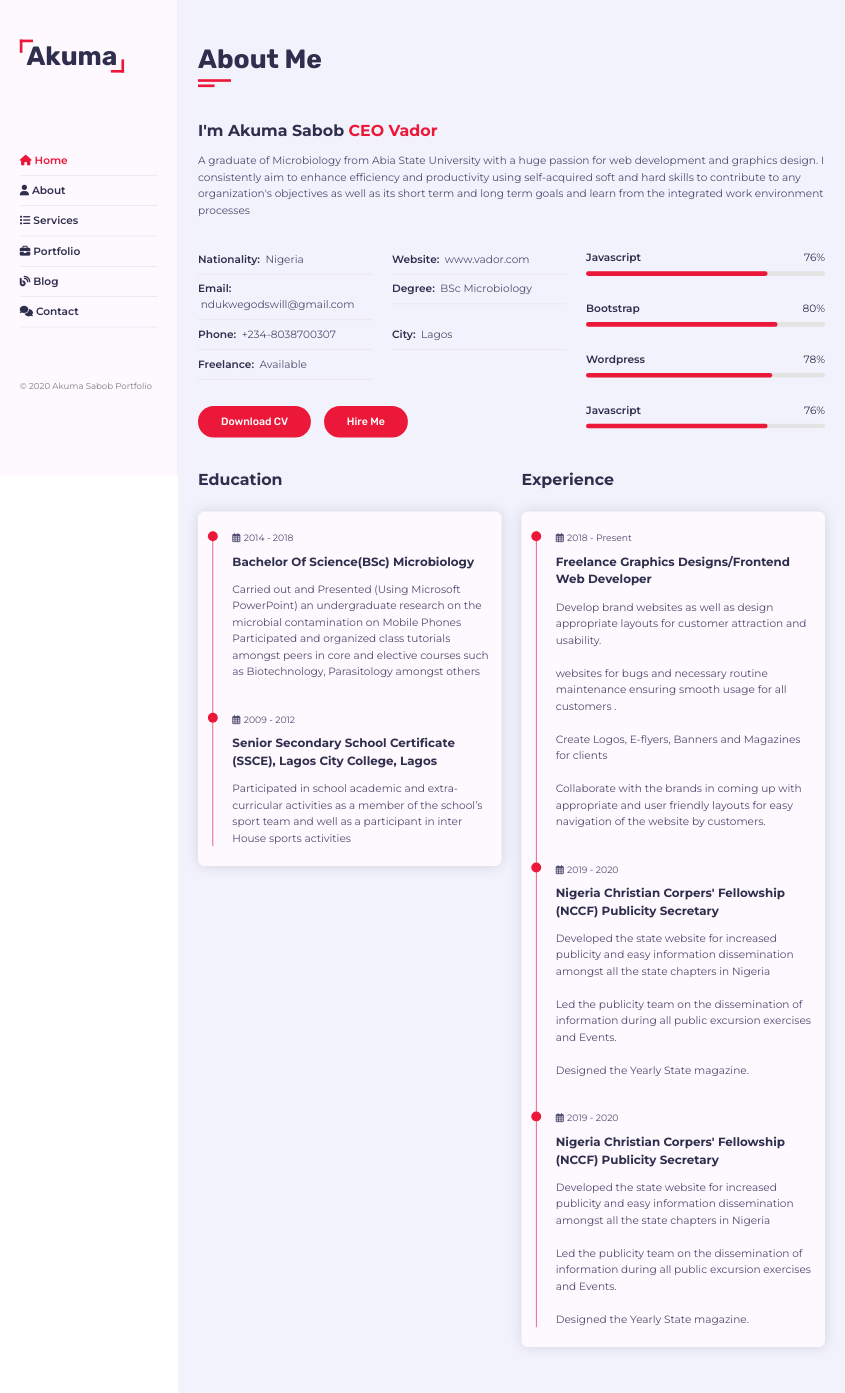
Repository: Akuma001/MY-Portfolio
Page: index.html
The author's editor kept a copy of each file at every save. The page is drawn from the files as they stood at one save, then again after the next save.
The browser window is 1280 px wide. The pictures show the whole page, at 66% of full size.
Some web libraries are served in a nearby version.

Above is the page before, as saved 2020-12-14 00:51:21.

### index.html
<!DOCTYPE html>
<html lang="en">
<head>
  <title>Akuma Sabob</title>
  <meta charset="utf-8">
  <meta name="viewport" content="width=device-width, initial-scale=1">
   <!-- Template css Files -->
	<link rel="stylesheet" href="./css/style.css" type="text/css">
  <link rel="stylesheet" href="./css/skins/pink.css" type="text/css">
  <!-------Favcon icon-------->
  <link href="./images/favicon.ico" rel="icon" type="image/x-icon" />
  <!------------Font-Awesome---------------->
  <script src="https://kit.fontawesome.com/bd6f97032f.js" crossorigin="anonymous"></script>
</head>
<body>
<!-----------Main------------->
<div class="main-container">
<!-----------Side------------->
  <div class="aside">
    <div class="logo">
      <a href="#">Akuma</a>
    </div>

     <!----------Nav toggler---------->
     <div class="nav-toggler">
       <span></span>
     </div>
     <!----------Nav toggler---------->

    <!----------Nav Bar---------->
    <ul class="nav">
      <li><a href="#" class="active"><i class="fa fa-home"></i> Home</a></li>
      <li><a href="#"><i class="fa fa-user"></i> About</a></li>
      <li><a href="#"><i class="fa fa-list"></i> Services</a></li>
      <li><a href="#"><i class="fa fa-briefcase"></i> Portfolio</a></li>
      <li><a href="#"><i class="fas fa-blog"></i> Blog</a></li>
      <li><a href="#"><i class="fa fa-comments"></i> Contact</a></li>
    </ul>
    <div class="copyright-text">
      &copy; 2020 Akuma Sabob Portfolio
    </div>

  </div>
<!-----------Side End------------->

<!-----------Main content------------->
  <div class="main-content">

    <section class="home section hidden">
      <div class="container">
        <div class="intro">
          <img src="./images/profile.jpg" alt="Profile" class="shadow-dark">
          <h1>Akuma Sabob</h1>
          <p>I'm a web-developer <br> I'm graphics designer</p>
          <div class="social-link">
            <a href="#"><i class="fa fa-twitter"></i></a>
            <a href="#"><i class="fa fa-instagram"></i></a>
            <a href="#"><i class="fa fa-linkedin"></i></a>
            <a href="#"><i class="fas fa-code-branch"></i></a>
          </div>
        </div>
      </div>
    </section>

    <!-----------About------------->

      <section class="about section">
        <div class="container">
          <div class="row">
            <div class="section-title padd-15">
              <h2>About Me</h2>
            </div>
          </div>
          <div class="row">
            <div class="about-content padd-15">
              <div class="row">
                <div class="about-text padd-15">
                  <h3>I'm Akuma Sabob <span> CEO Vador </span></h3>
                  <p>A graduate of Microbiology from Abia State University with a huge
                    passion for web development and graphics design. I consistently aim
                    to enhance efficiency and productivity using self-acquired soft and
                    hard skills to contribute to any organization's objectives as well as its
                    short term and long term goals and learn from the integrated work
                    environment processes</p>
                </div>
              </div>
              <div class="row">
                <div class="personal-info padd-15">
                  <div class="row">
                    <div class="info-item padd-15">
                      <p>Nationality: <span>Nigeria</span></p>
                    </div>
                    <div class="info-item padd-15">
                      <p>Website: <span>www.vador.com</span></p>
                    </div>
                    <div class="info-item padd-15">
                      <p>Email: <span>ndukwegodswill@gmail.com</span></p>
                    </div>
                    <div class="info-item padd-15">
                      <p>Degree: <span>BSc Microbiology</span></p>
                    </div>
                    <div class="info-item padd-15">
                      <p>Phone: <span>+234-8038700307</span></p>
                    </div>
                    <div class="info-item padd-15">
                      <p>City: <span>Lagos</span></p>
                    </div>
                    <div class="info-item padd-15">
                      <p>Freelance: <span>Available</span></p>
                    </div>
                  </div>
                  <div class="row">
                    <div class="buttons padd-15">
                      <a href="#" class="btn">Download CV</a>
                      <a href="#" class="btn">Hire Me</a>
                    </div>
                  </div>
                </div>
                <div class="skills padd-15">
                  <div class="row">
                    <div class="skill-item padd-15">
                      <h5>Javascript</h5>
                      <div class="progress">
                        <div class="progress-in" style="width: 76%;"></div>
                        <div class="skill-percent">76%</div>
                      </div>
                    </div>
                    <div class="skill-item padd-15">
                      <h5>Bootstrap</h5>
                      <div class="progress">
                        <div class="progress-in" style="width: 80%;"></div>
                        <div class="skill-percent">80%</div>
                      </div>
                    </div>
                    <div class="skill-item padd-15">
                      <h5>Wordpress</h5>
                      <div class="progress">
                        <div class="progress-in" style="width: 78%;"></div>
                        <div class="skill-percent">78%</div>
                      </div>
                    </div>
                    <div class="skill-item padd-15">
                      <h5>Javascript</h5>
                      <div class="progress">
                        <div class="progress-in" style="width: 76%;"></div>
                        <div class="skill-percent">76%</div>
                      </div>
                    </div>
                  </div>
                </div>
              </div>

              <div class="row">
                <div class="education padd-15">
                  <h3 class="title">Education</h3>
                  <div class="row">
                    <div class="timeline-box padd-15">
                    <div class="timeline shadow-dark">
                      <!-----------Timeline item------------->
                      <div class="timeline-item">
                        <div class="circle-dot"></div>
                          <h6 class="timeline-date">
                            <i class="far fa-calendar-alt"></i>2014 - 2018
                          </h6>
                          <h4 class="timeline-title">Bachelor of Science(BSc) Microbiology</h4>
                          <p class="timeline-text">
                            Carried out and Presented (Using Microsoft PowerPoint) an undergraduate research on
                            the microbial contamination on Mobile Phones <br>Participated and organized class tutorials
                            amongst peers in core and elective courses such as Biotechnology, Parasitology amongst others
                          </p>
                        </div>
                         <!-----------Timeline item End------------->
                         <!-----------Timeline item------------->
                      <div class="timeline-item">
                        <div class="circle-dot"></div>
                          <h6 class="timeline-date">
                            <i class="far fa-calendar-alt"></i>2009 - 2012
                          </h6>
                          <h4 class="timeline-title">Senior Secondary School Certificate (SSCE), Lagos City College, Lagos</h4>
                          <p class="timeline-text">
                            Participated in school academic and extra-curricular activities as a member of the school’s
                            sport team and well as a participant in inter House sports activities
                          </p>
                        </div>
                         <!-----------Timeline item End------------->
                      </div>
                    </div>
                  </div>
                </div>
                <div class="experience padd-15">
                    <h3 class="title">Experience</h3>
                    <div class="row">
                      <div class="timeline-box padd-15">
                      <div class="timeline shadow-dark">
                        <!-----------Timeline item------------->
                        <div class="timeline-item">
                          <div class="circle-dot"></div>
                            <h6 class="timeline-date">
                              <i class="far fa-calendar-alt"></i>2018 - Present
                            </h6>
                            <h4 class="timeline-title">Freelance graphics Designs/Frontend Web Developer</h4>
                            <p class="timeline-text">
                              Develop brand websites as well as design appropriate layouts for customer
                              attraction and usability. <br>
                              <br> websites for bugs and necessary routine maintenance ensuring
                              smooth usage for all customers . <br><br>
                              Create Logos, E-flyers, Banners and Magazines for clients<br><br>
                              Collaborate with the brands in coming up with appropriate and user friendly
                              layouts for easy navigation of the website by customers.
                            </p>
                          </div>
                           <!-----------Timeline item End------------->
                           <!-----------Timeline item------------->
                        <div class="timeline-item">
                          <div class="circle-dot"></div>
                            <h6 class="timeline-date">
                              <i class="far fa-calendar-alt"></i>2019 - 2020
                            </h6>
                            <h4 class="timeline-title">Nigeria Christian Corpers' Fellowship (NCCF)
                              Publicity Secretary</h4>
                            <p class="timeline-text">
                              Developed the state website for increased publicity and easy information
                              dissemination amongst all the state chapters in Nigeria <br><br>
                              Led the publicity team on the dissemination of information during all public
                              excursion exercises and Events.<br><br>
                              Designed the Yearly State magazine.
                            </p>
                          </div>
                           <!-----------Timeline item End------------->
                           <!-----------Timeline item------------->
                        <div class="timeline-item">
                          <div class="circle-dot"></div>
                            <h6 class="timeline-date">
                              <i class="far fa-calendar-alt"></i>2019 - 2020
                            </h6>
                            <h4 class="timeline-title">Nigeria Christian Corpers' Fellowship (NCCF)
                              Publicity Secretary</h4>
                            <p class="timeline-text">
                              Developed the state website for increased publicity and easy information
                              dissemination amongst all the state chapters in Nigeria <br><br>
                              Led the publicity team on the dissemination of information during all public
                              excursion exercises and Events.<br><br>
                              Designed the Yearly State magazine.
                            </p>
                          </div>
                           <!-----------Timeline item End------------->
                        </div>
                      </div>
                    </div>
                </div>
              </div>

            </div>
          </div>
        </div>
      </section>

    <!-----------About End------------->
  </div>
<!-----------Main content End------------->
</div>
<!-----------Main------------->
</body>
</html>

### css/style.css

 /*Font Awesome Free Icon*/
 @import url("https://stackpath.bootstrapcdn.com/font-awesome/4.7.0/css/font-awesome.min.css");
 /*Google fonts*/
 @import url('https://fonts.googleapis.com/css?family=Montserrat:400,500,600,700&display=swap');
 @import url('https://fonts.googleapis.com/css?family=Rubik:500,700,900&display=swap');


body{
    margin: 0;
    line-height: 1.5;
    font-size: 16px;
    font-family: 'Montserrat', sans-serif;
    font-weight: 400;
}
*{
    margin: 0;
    padding: 0;
    outline: none;
    text-decoration: none;
    box-sizing: border-box;
}
::before, ::after{
    box-sizing: border-box;
}

.section{
    background-color: #f2f2fc;
    min-height: 100vh;
    display: block;
    padding: 0 30px;
}
.section .container{
    padding-top: 60px;
    padding-bottom: 70px;
}
.section-title{
    -ms-flex: 0 0 100%;
    flex: 0 0 100%;
    max-width: 100%;
    margin-bottom: 60px;
}
.section-title h2{
    font-size: 40px;
    color: #302e4d;
    font-family: 'Rubik', sans-serif;
    font-weight: 700;
    margin: 0;
    position: relative;
}
.section-title h2::before{
    content: '';
    height: 4px;
    width: 50px;
    position: absolute;
    top: 100%;
    left: 0;
}
.section-title h2::after{
    content: '';
    height: 4px;
    width: 25px;
    position: absolute;
    top: 100%;
    left: 0;
    margin-top: 8px;
}
.row{
    display: -ms-flexbox;
    display: flex;
    -ms-flex-wrap: wrap;
    flex-wrap: wrap;
    margin-right: -15px;
    margin-left: -15px;
    position: relative;
}
.padd-15{
    padding-left: 15px;
    padding-right: 15px;
}
.main-content{
    padding-left: 270px;
}

.container{
    max-width: 1100px;
    width: 100%;
    margin: auto;
}
.shadow-dark{
    -webkit-box-shadow: 0 0 20px rgba(48, 46, 77, 0.15);
    box-shadow: 0 0 20px rgba(48, 46, 77, 0.15);
}
.btn{
    font-size: 16px;
    font-family: 'Rubik', sans-serif;
    font-weight: 500;
    padding: 12px 35px;
    color: #ffffff;
    border-radius: 40px;
    -webkit-transition: all 0.3s ease;
    transition: all 0.3s ease;
    display: inline-block;
    white-space: nowrap;
}
.btn:hover{
    -webkit-transform: scale(1.05);
    transform: scale(1.05);
}
.hidden{
    display: none !important;
}

 /*    aside  */
 .aside{
     width: 270px;
     background-color: #fdf9ff;
     position: fixed;
     height: 100%;
     left: 0;
     top: 0;
     z-index: 10;
     border-right: 1px solid #e8dfec;
     padding: 30px;
 }


 .aside .logo{
    padding: 30px 0;
 }
 .aside .logo a{
     font-size: 40px;
     color: #302e4d;
     font-family: 'Rubik', sans-serif;
     font-weight: 700;
     text-decoration: none;
     display: inline-block;
     position: relative;
     padding: 0 10px;
     line-height: 50px;
 }
 .aside .logo a::before{
     content: '';
     height: 20px;
     width: 20px;
     position: absolute;
     top: 0;
     left: 0;
 }
 .aside .logo a::after{
    content: '';
    height: 20px;
    width: 20px;
    position: absolute;
    bottom: 0;
    right: 0;
 }
 .aside .nav-toggler{
     height: 40px;
     width: 45px;
     border: 1px solid #d4d4e3;
     cursor: pointer;
     position: fixed;
     left: 300px;
     top: 30px;
     z-index: 11;
     border-radius: 5px;
     background-color: #fdf9ff;
     /*
     display: -ms-flexbox;
     display: flex;
     */
     display: none;
     -ms-flex-align: center;
     align-items: center;
     -ms-flex-pack: center;
     justify-content: center;
 }
 .aside .nav-toggler span{
    height: 2px;
    width: 18px;
    display: inline-block;
    position: relative;
 }
 .aside .nav-toggler span::before{
     content: '';
     height: 2px;
     width: 18px;
     position: absolute;
     top: -6px;
     left: 0;
 }
 .aside .nav-toggler span::after{
    content: '';
    height: 2px;
    width: 18px;
    position: absolute;
    top: 6px;
    left: 0;
}
 .aside .nav{
    list-style: none;
     margin: 80px 0;
     padding: 0;
 }
 .aside .nav li{
     display: block;
 }
 .aside .nav li a{
     font-size: 16px;
     font-weight: 600;
     color: #302e4d;
     text-decoration: none;
     line-height: 45px;
     display: block;
     border-bottom: 1px solid #e8dfec;
     -webkit-transition: all 0.3s ease;
     transition: all 0.3s ease;
     text-transform: capitalize;
 }
 .aside .nav li a:not(.active):hover{
     padding-left: 5px;
 }
 .aside .nav li a fa{
     margin-right: 5px;
 }
 .aside .copyright-text{
    font-size: 13px;
    color: #7d7d7d;
 }

 /*    Home      */

 .home{
     min-height: 100vh;
     display: -ms-flexbox;
     display: flex;
 }

 .home .intro{
     text-align: center;
 }

 .home .intro img{
     height: 200px;
     width: 200px;
     border-radius: 50%;
     display: inline-block;
     border: 8px solid #ffffff;
 }

 .home .intro h1{
     font-size: 30px;
     color: #302e4d;
     font-family: 'Rubik', sans-serif;
     font-weight: 700;
     margin: 20px 0 5px;
 }
 .home .intro p{
     font-size: 16px;
     font-weight: 500;
     margin: 0%;
     line-height: 22px;
     color: #504e70;
 }

 .home .intro .social-link{
     margin-top: 25px;
 }

 .home .intro .social-link a{
     height: 35px;
     width: 35px;
     display: inline-block;
     text-align: center;
     line-height: 35px;
     color: #ffffff;
     margin: 0 4px;
     border-radius: 50%;
     text-decoration: none;
     -webkit-transition: all 0.3s ease;
     transition: all 0.3s ease;
 }

 .home .intro .social-link a:hover{
    -webkit-transform: scale(1.1);
    transform: scale(1.1);
 }


 /*      About Section     */

.about .about-content{
    -ms-flex: 0 0 100%;
    flex: 0 0 100%;
    max-width: 100%;
}
.about .about-content .about-text{
    -ms-flex: 0 0 100%;
    flex: 0 0 100%;
    max-width: 100%;
}
.about .about-content .about-text h3{
    font-size: 24px;
    margin-bottom: 15px;
    font-weight: 700;
    color: #302e4d;
}
.about .about-content .about-text p{
    font-size: 16px;
    line-height: 25px;
    color: #504e70;
    margin: 0;
}

.about .about-content .personal-info{
    /* background-color: red; */
    -ms-flex: 0 0 60%;
    flex: 0 0 60%;
    max-width: 60%;
    margin-top: 40px;
}
.about .about-content .personal-info .info-item{
    -ms-flex: 0 0 50%;
    flex: 0 0 50%;
    max-width: 50%;
}
.about .about-content .personal-info .info-item p{
    font-weight: 600;
    padding: 10px 0;
    font-size: 16px;
    color: #302e4d;
    margin: 0;
    border-bottom: 1px solid #e8dfec;

}
.about .about-content .personal-info .info-item p span{
    font-weight: 400;
    color: #504e70;
    margin-left: 4px;
    display: inline-block;
}
.about .about-content .personal-info .buttons{
    margin-top: 30px;
}
.about .about-content .personal-info .buttons .btn{
    margin-right: 15px;
    margin-top: 10px;
}
.about .about-content .skills{
    /* background-color: blue; */
    -ms-flex: 0 0 40%;
    flex: 0 0 40%;
    max-width: 40%;
    margin-top: 40px;
}

.about .about-content .skills .skill-item{
    -ms-flex: 0 0 100%;
    flex: 0 0 100%;
    max-width: 100%;
}

.about .about-content .skills .skill-item h5{
    line-height: 40px;
    font-weight: 600;
    font-size: 16px;
    color: #302e4d;
    text-transform: capitalize;
    margin: 0;
}
.about .about-content .skills .skill-item .progress{
    background-color: #e3e3e3;
    height: 7px;
    border-radius: 4px;
    width: 100%;
    position: relative;
}
.about .about-content .skills .skill-item{
    margin-bottom: 30px;
}
.about .about-content .skills .skill-item .progress .progress-in{
    position: absolute;
    left: 0;
    top: 0;
    height: 100%;
    border-radius: 4px;
}
.about .about-content .skills .skill-item .skill-percent{
    /* display: none; */
    line-height: 40px;
    position: absolute;
    right: 0;
    color: #302e4d;
    top: -40px;
    font-weight: 400;
}

.about .about-content .education{
    -ms-flex: 0 0 50%;
    flex: 0 0 50%;
    max-width: 50%;
    margin-top: 30px;
}
.about .about-content .experience{
    -ms-flex: 0 0 50%;
    flex: 0 0 50%;
    max-width: 50%;
    margin-top: 30px;
}

.about .about-content h3.title{
    font-size: 24px;
    margin-bottom: 30px;
    font-weight: 700;
    color: #302e4d;
}

.about .about-content .timeline-box{
    -ms-flex: 0 0 100%;
    flex: 0 0 100%;
    max-width: 100%;
}
.about .about-content .timeline{
    background-color: #fdf9ff;
    padding: 30px 15px;
    border: ipx solid #d4d4e3;
    border-radius: 10px;
    width: 100%;
    position: relative;
}

.about .about-content .timeline .timeline-item{
    position: relative;
    padding-left: 37px;
    padding-bottom: 50px;
}

.about .about-content .timeline .timeline-item:last-child{
    padding-bottom: 0px;
}
.about .about-content .timeline .timeline-item::before{
    content: '';
    width: 1px;
    position: absolute;
    height: 100%;
    left: 7px;
    top: 0;
}
.about .about-content .timeline .circle-dot{
    position: absolute;
    left: 0;
    top: 0;
    height: 15px;
    width: 15px;
    left: 0px;
    border-radius: 50%;
}
.about .about-content .timeline .timeline-date{
   font-size: 14px;
   font-weight: 400;
   margin-bottom: 12px;
   color: #504e70;
}
.about .about-content .timeline .timeline-date .far{
    margin-right: 5px;
}
.about .about-content .timeline .timeline-title{
    font-weight: 700;
    font-size: 18px;
    margin-bottom: 15px;
    text-transform: capitalize;
    color: #302e4d;
}
.about .about-content .timeline .timeline-text{
    font-size: 16px;
    line-height: 25px;
    color: #504e70;
    margin: 0;
}

### css/skins/pink.css
.aside .logo a::before{
    border-top: 4px solid #ec1839;
    border-left: 4px solid #ec1839;
}

.aside .logo a::after{
    border-right: 4px solid #ec1839;
    border-bottom: 4px solid #ec1839;
}

.about .about-content .about-text h3 span,
.aside .nav li a:hover,
.aside .nav li a.active{
    color: #ec1839;
}

.about .about-content .timeline .circle-dot,
.about .about-content .timeline .timeline-item::before,
.about .about-content .skills .skill-item .progress .progress-in,
.btn,
.section-title h2::after,
.section-title h2::before,
.aside .nav-toggler span,
.aside .nav-toggler span::before,
.aside .nav-toggler span::after,
.home .intro .social-link a{
    background-color: #ec1839;
}

After the next save:
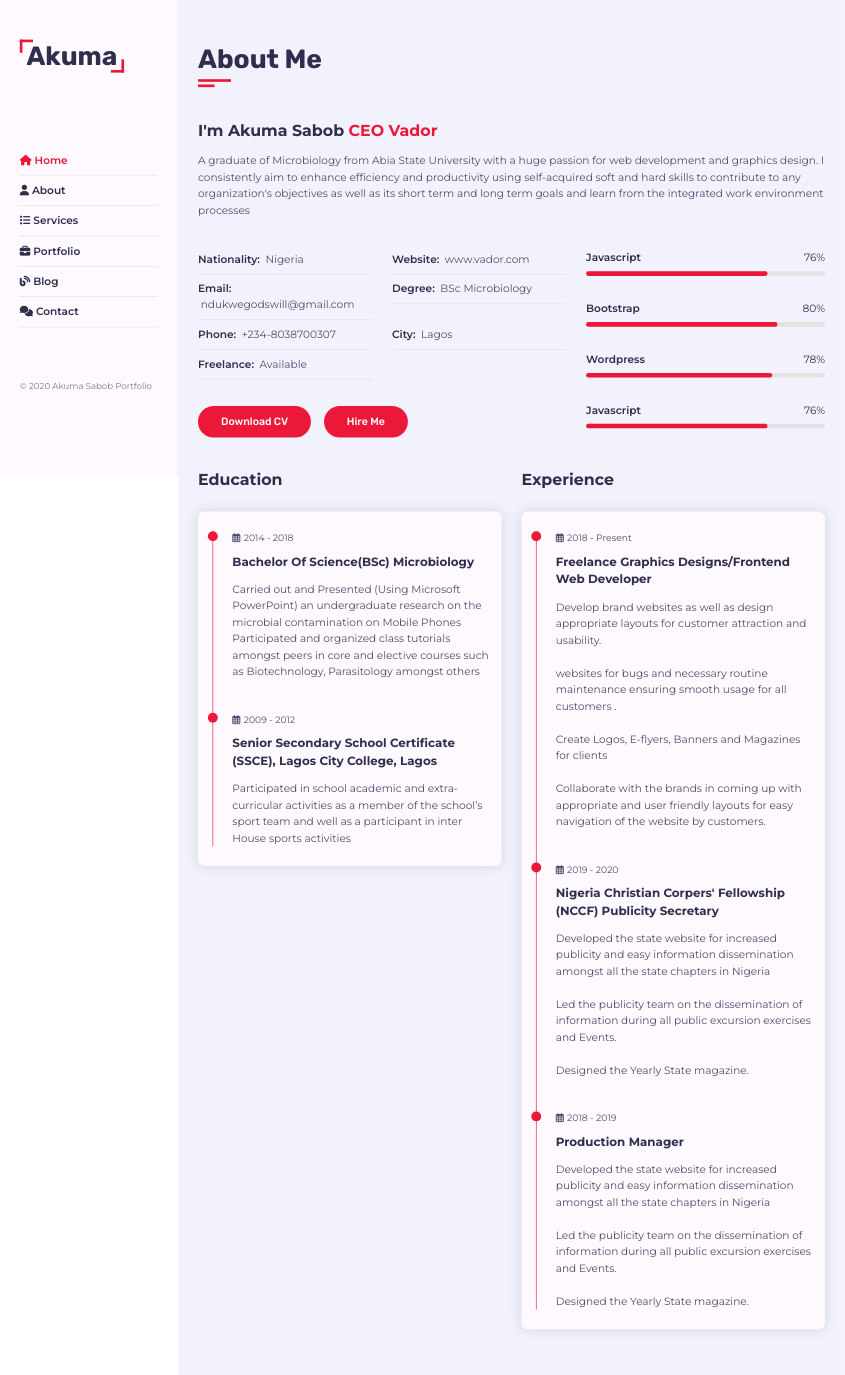
Saved 33 s later.
--- a/index.html
+++ b/index.html
@@ -231,10 +231,9 @@
                         <div class="timeline-item">
                           <div class="circle-dot"></div>
                             <h6 class="timeline-date">
-                              <i class="far fa-calendar-alt"></i>2019 - 2020
+                              <i class="far fa-calendar-alt"></i>2018 - 2019
                             </h6>
-                            <h4 class="timeline-title">Nigeria Christian Corpers' Fellowship (NCCF)
-                              Publicity Secretary</h4>
+                            <h4 class="timeline-title">Production Manager</h4>
                             <p class="timeline-text">
                               Developed the state website for increased publicity and easy information
                               dissemination amongst all the state chapters in Nigeria <br><br>
